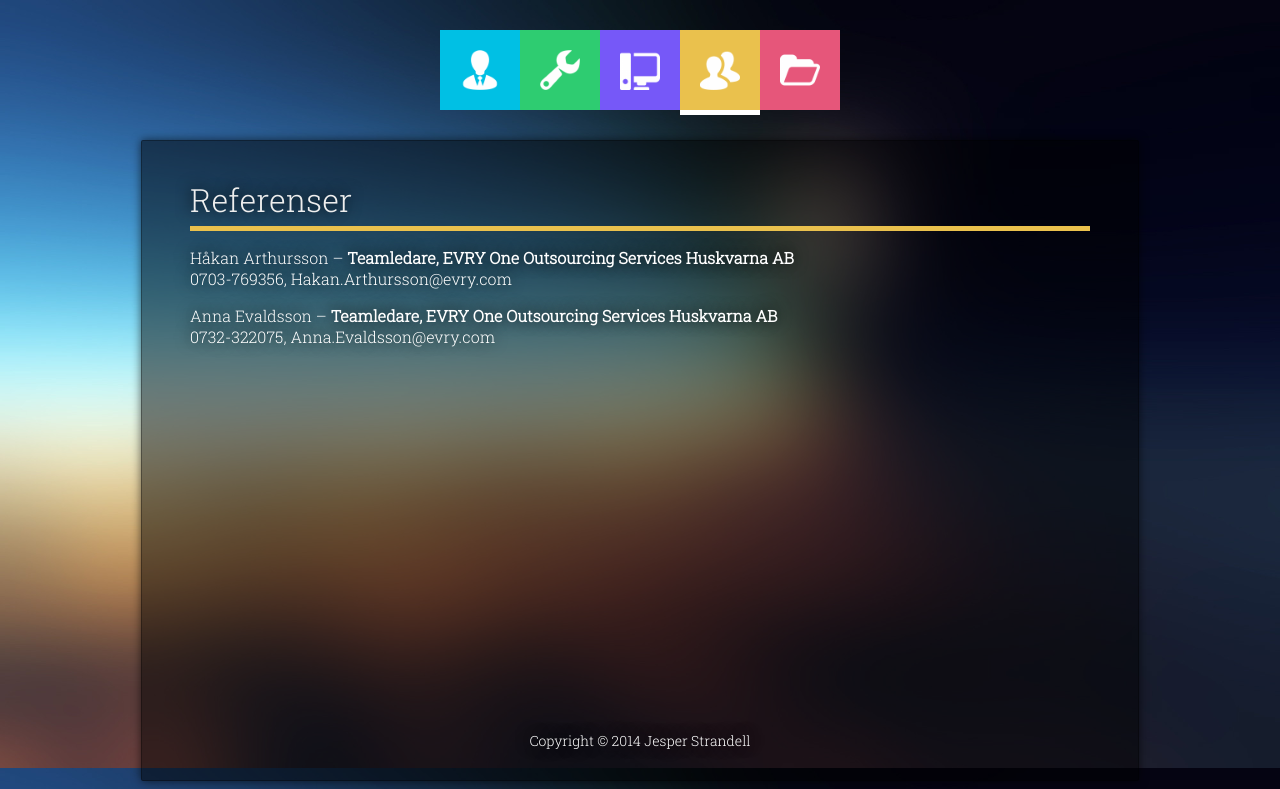
Repository: ja222vv/minipage
Page: pages/references.html
The author's editor kept a record of every edit. The page is drawn from the files as they stood at one moment, then again after the next edit.
The browser window is 1280 px wide. The pictures show the whole page.
Backgrounds fixed to the window are drawn as part of the page.

Above is the page before.
Not found: pages/scripts/script.js

### pages/references.html
<!doctype html>
<html lang="sv">
    <head>
        <meta charset="UTF-8" />
        <title>Portfolio</title>
        <link rel="stylesheet" href="../css/style.css" />
        <link rel="stylesheet" href="../css/hover.css" />
    </head>
    <body>
        <div class="menu">
            <div class="tile blue shrink" id="aboutme">
                <a href="../index.html">
            	<img src="../css/pics/personimage.png" class="icon" />
            	<span class="title"></span>
                </a>
            </div>
            <div class="tile mint shrink" id="experience">
                <a href="experience.html" id="link_exp">
            	<img src="css/pics/wrench.png" class="icon" />
            	<span class="title"></span>
            	</a>
            </div>
            <div class="tile purple shrink" id="knowledge">
                <a href="knowledge.html">
            	<img src="../css/pics/workstation.png" class="icon" />
                <span class="title"></span>
                </a>
            </div>
            <div class="tile yellow active shrink" id="references">
                <a href="#">
                <img src="../css/pics/group.png" class="icon" />
            	<span class="title"></span>
                </a>
            </div>
            <div class="tile red shrink" id="portfolio">
            	<a href="portfolio.html">
            	<img src="../css/pics/folder.png" class="icon" />
            	<span class="title"></span>
            	</a>
            </div>
        </div>
        <div class="container">
		    <div class="headeryellow">
                <h1>Referenser</h1>
            </div>
            <div class="subcontent">
                <p>
                    <li class="nostyle">Håkan Arthursson – <b>Teamledare, EVRY One Outsourcing Services Huskvarna AB</b></li>
                    <li class="nostyle">0703-769356, Hakan.Arthursson@evry.com</li>
                </p>
                <p>
                    <li class="nostyle">Anna Evaldsson – <b>Teamledare, EVRY One Outsourcing Services Huskvarna AB</b></li>
                    <li class="nostyle">0732-322075, Anna.Evaldsson@evry.com</li>
                </p>
            </div>
		    <div class="footer">
		        <p>Copyright © 2014 Jesper Strandell</p>
		    </div>
        </div>
        <script type="text/javascript" src="scripts/script.js"></script>
    </body>
</html>

### css/style.css
@import url(//fonts.googleapis.com/css?family=Roboto+Slab:300);

@font-face {
    font-family: LeagueScript;
    src: url('LeagueScript.otf');
}

/*
outline: 7px solid rgba(255,255,255,0);
transition: outline .5s ease-out;
position: relative; /* outline */

html {
	background: #000 url(pics/wallpaper.jpg) no-repeat fixed center center;
	background-size: cover;
	overflow-y: scroll;
}

body {
	font-family: 'Roboto slab', serif;
	color: #FFFFFF;
	font-size: 16px;
	text-shadow: 1px 1px 15px #111;
}
img {
    border:none;
}
h1 {
  color: #eee;
  font-weight:normal;
}
.logotype {
    font-family: LeagueScript;
    font-size:36px;
    font-weight: bold;
    margin-left:30px;
    float:left;
}
.meta {
    font-size:20px;
    font-family: LeagueScript;
    text-align:center;
    margin-left:60px;
    float:left;
}
.meta p {
    margin:0;
    text-shadow: -1px -1px 15px #000000;
}
/* Menyn börjar */
.menu {
    width: 400px;
    height: 80px;
    margin-top:30px;
    margin-left:auto;
	margin-right:auto;
}
.headerblue {
    margin-left:auto;
	margin-right:auto;
	border-bottom: solid 5px #00c0e4;
}
.headermint {
    margin-left:auto;
	margin-right:auto;
	border-bottom: solid 5px #2ecc71;
}
.headerpurple {
    margin-left:auto;
	margin-right:auto;
	border-bottom: solid 5px #7658f8;
}
.headeryellow {
    margin-left:auto;
	margin-right:auto;
	border-bottom: solid 5px #eac14d;
}
.headerred {
    margin-left:auto;
	margin-right:auto;
	border-bottom: solid 5px #e6567a;
}
.headerblue h1, .headermint h1, .headerpurple h1, .headeryellow h1, .headerred h1 {
    margin-bottom: 5px;
}
.tile {
    width: 80px;
	height: 80px;
	text-align: center;
	float:left;
}
.tile > a {
	width: inherit;
	height: inherit;
	display: block;
	color: #fff;
	text-decoration: none !important;
}
.active {
    border-bottom:solid 5px #FFFFFF;
}
.blue {
    background-color: #00c0e4;
}
.mint {
    background-color: #2ecc71;
}
.purple {
    background-color: #7658f8;
}
.yellow {
    background-color: #eac14d;
}
.red {
    background-color: #e6567a;
}
.icon {
	max-width:40px;
    max-height:40px;
    width:auto;
    height:auto;
    margin-top:20px;
}
.title {
	display: block;
}
/* Menyn slutar */
/* Innehåll börjar*/
.container {
    padding: 1em 3em;
	width: 900px;
	min-height: 600px;
	margin-top: 30px;
	margin-left:auto;
	margin-right:auto;
	box-shadow: 0 0 10px rgba(0,0,0,.6);
	border-radius: 2px;
	border: 1px solid #000000;
	border: 1px solid rgba(0,0,0,.3);
	background: rgba(0,0,0,.5);
	text-shadow: -1px -1px 15px #000000;
	filter: progid:DXImageTransform.Microsoft.gradient(GradientType=0,startColorstr='#4c000000', endColorstr='#4c000000');

}
.subcontent {
    min-height: 470px;
}
.nostyle {
    list-style:none;
}
.footer {
    font-size: 14px;
    text-align:center;
}
/* Innehåll slutar*/


* {
	-webkit-touch-callout: none;
	-webkit-user-select: none;
	-khtml-user-select: none;
	-moz-user-select: none;
	-ms-user-select: none;
	user-select: none;
}

Loaded but not shown: css/hover.css (2067 lines, source omitted)

After the next edit:
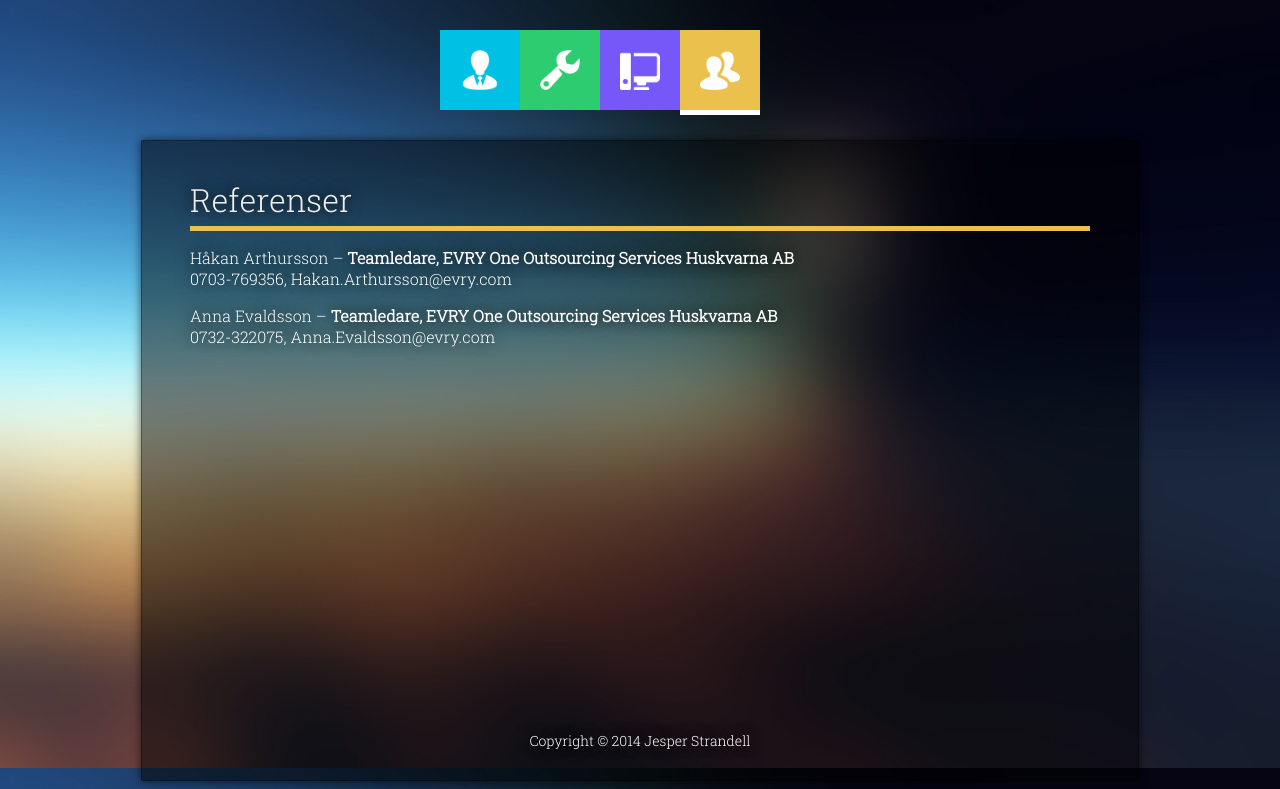
The edit:
--- a/pages/references.html
+++ b/pages/references.html
@@ -32,12 +32,7 @@
             	<span class="title"></span>
                 </a>
             </div>
-            <div class="tile red shrink" id="portfolio">
-            	<a href="portfolio.html">
-            	<img src="../css/pics/folder.png" class="icon" />
-            	<span class="title"></span>
-            	</a>
-            </div>
+
         </div>
         <div class="container">
 		    <div class="headeryellow">
